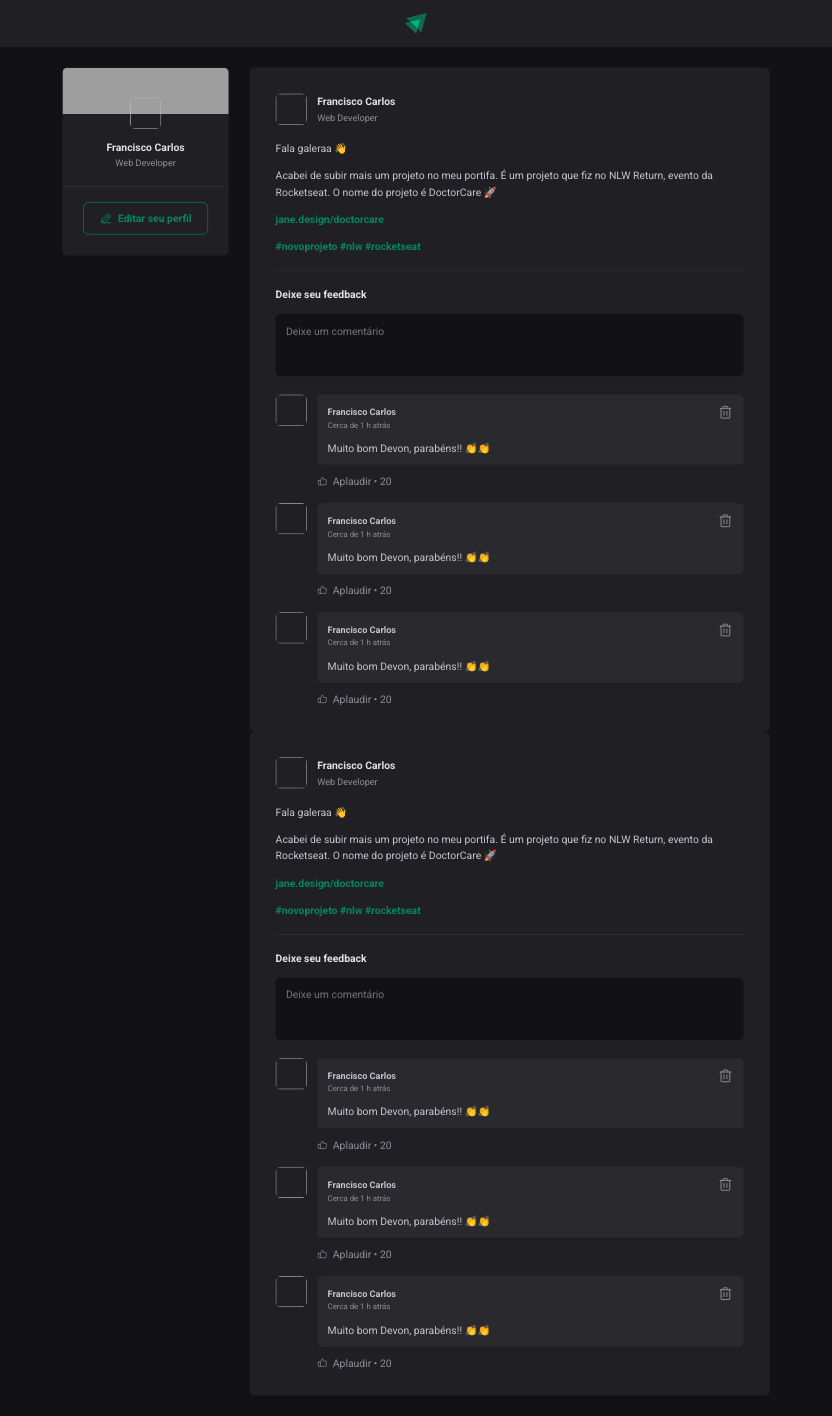
Repository: ch1coon/AulasRocketseat
Page: / (app in Ignite/aulas/01-fundamentos-reactjs/)
These files come from the project's save history. The page is drawn as it stood at one moment and after the next save; the edit follows.
The browser window is 1280 px wide. The pictures show the whole page, at 65% of full size.
Pictures or frames that could not be fetched are drawn as grey boxes. The project was rebuilt for these pictures with package versions that can differ from the ones it lists, and the page was loaded fresh each time. Also part of the build but not shown: Ignite/aulas/01-fundamentos-reactjs/vite.config.js.

Above is the page before, as saved 2023-08-12 09:28:18.

After the next save:
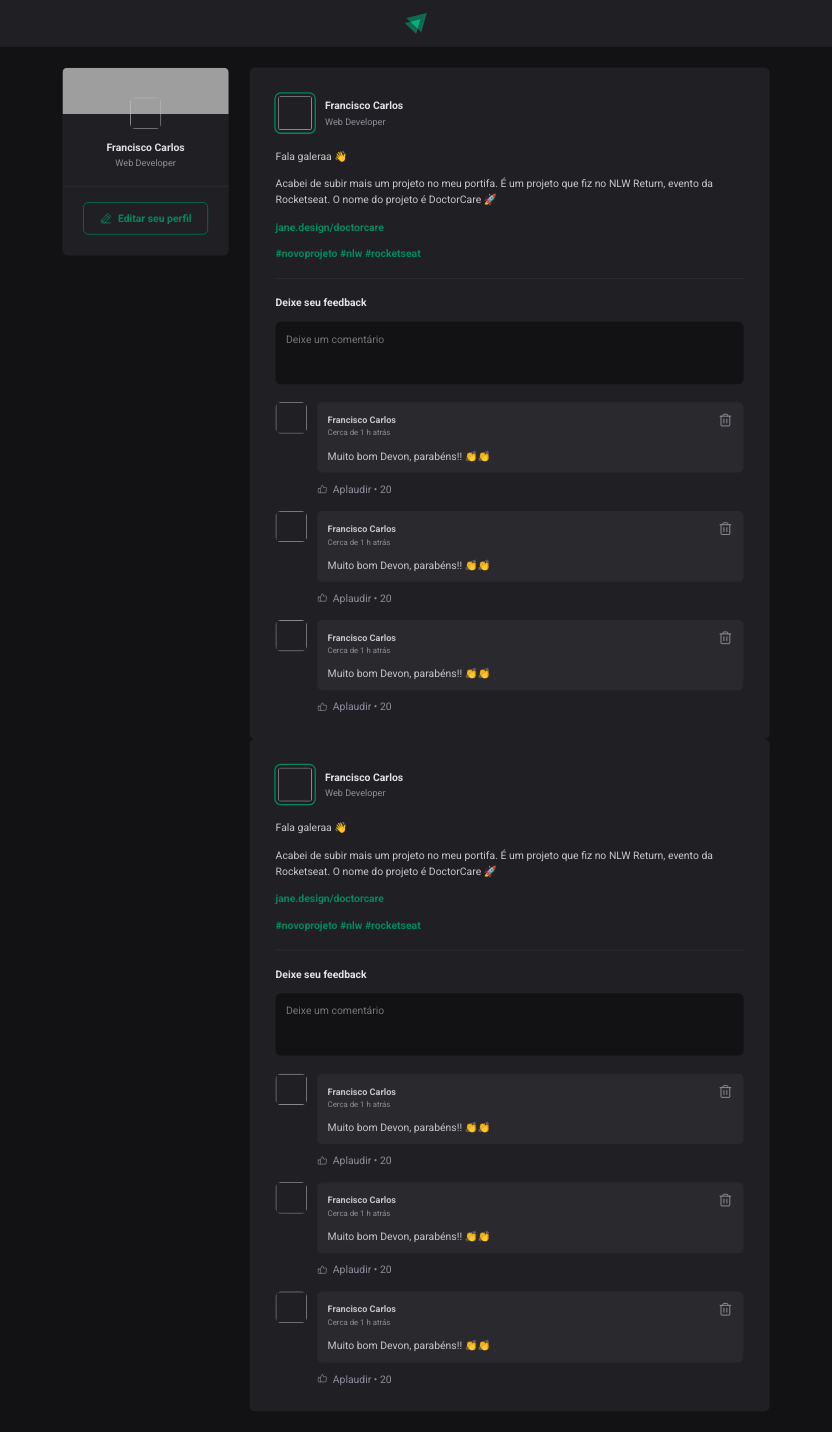
Saved 38 s later.
--- a/Ignite/aulas/01-fundamentos-reactjs/src/components/Post.jsx
+++ b/Ignite/aulas/01-fundamentos-reactjs/src/components/Post.jsx
@@ -7,7 +7,7 @@
     <article className={styles.post}>
       <header>
         <div className={styles.author}>
-          <Avatar hasBorder={false} src="https://github.com/ch1coon.png" />
+          <Avatar hasBorder={true} src="https://github.com/ch1coon.png" />
           <div className={styles.authorInfo}>
             <strong>Francisco Carlos</strong>
             <span>Web Developer</span>

After the 2 saves that followed:
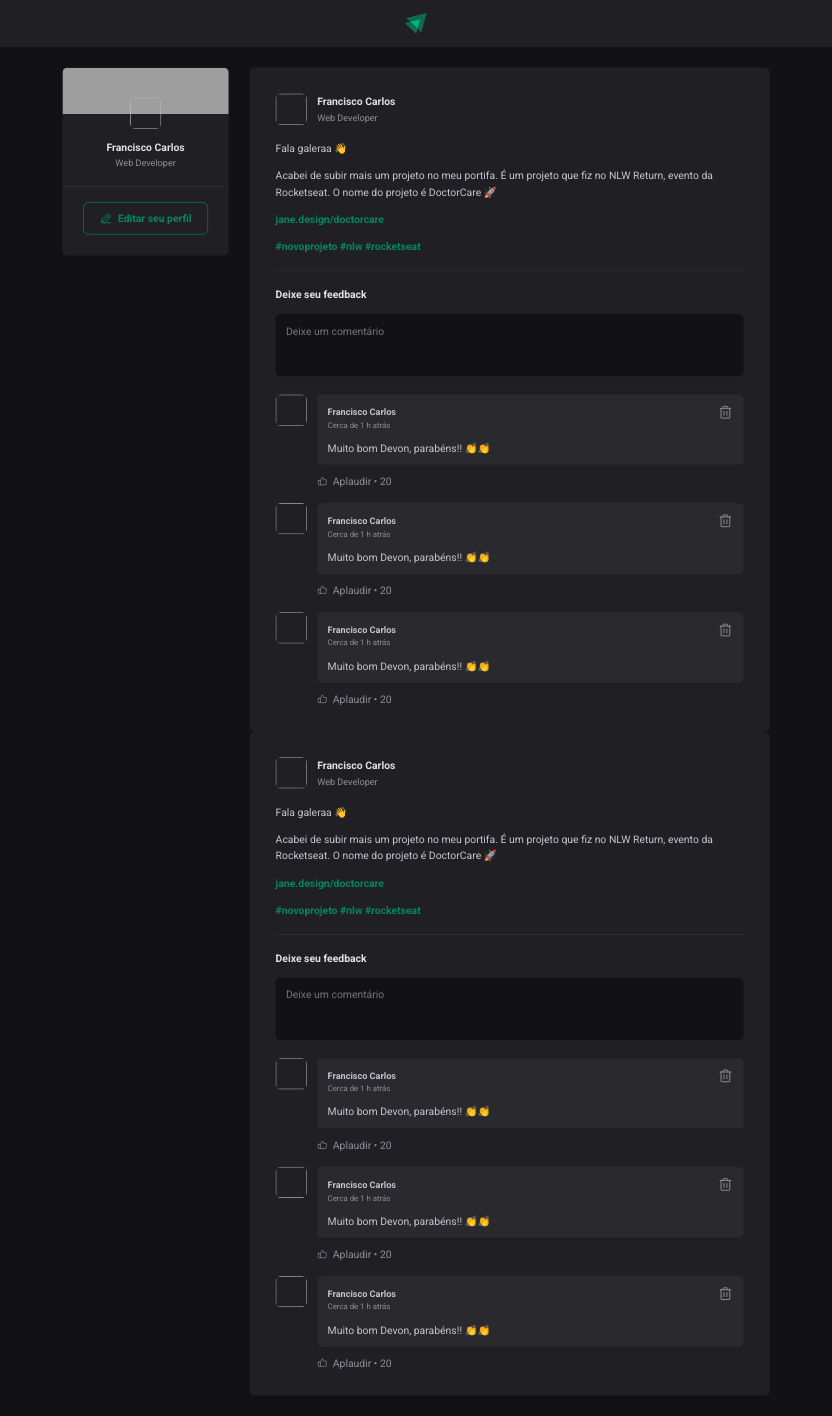
The 2 saves are shown as one change because 1 left the picture as it was.
The last was saved 36 s later.
--- a/Ignite/aulas/01-fundamentos-reactjs/src/components/Post.jsx
+++ b/Ignite/aulas/01-fundamentos-reactjs/src/components/Post.jsx
@@ -7,7 +7,7 @@
     <article className={styles.post}>
       <header>
         <div className={styles.author}>
-          <Avatar hasBorder={true} src="https://github.com/ch1coon.png" />
+          <Avatar src="https://github.com/ch1coon.png" />
           <div className={styles.authorInfo}>
             <strong>Francisco Carlos</strong>
             <span>Web Developer</span>
